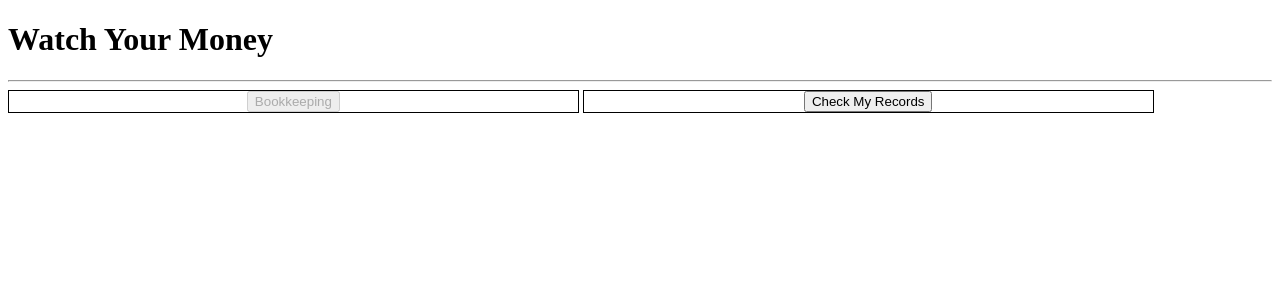
Repository: chelsea9869/Hackathon-TNT
Page: http://localhost/app/watch_your_money.php
An editor plug-in stored every save of this project. The page is shown before and after a run of saves, followed by the edit.
The browser window is 1280 px wide. The pictures show the whole page.
The page is run by PHP 8.4 with error messages shown; the project is at /var/www/html/.

Above is the page before, as saved 2020-09-05 10:58:37.

### app/watch_your_money.php
<!DOCTYPE html>
<html lang="en">
<head>
    <meta charset="UTF-8">
    <meta name="viewport" content="width=device-width, initial-scale=1.0">
    <title>Watch Your Money</title>
</head>
<body>
    <h1>Watch Your Money</h1>
    <hr>
    <div name='function' style="width:100%">
        <div id='bookkeeping' style="width:45%;text-align:center;display:inline-table;border:1px solid">
            <button disabled="disabled">Bookkeeping</button>
        </div>
        <div id='check_records' style="width:45%;display:inline-table;text-align:center;border:1px solid">
            <button>Check My Records</button>
        </div>
    </div>
</body>
</html>

After the next 3 saves:
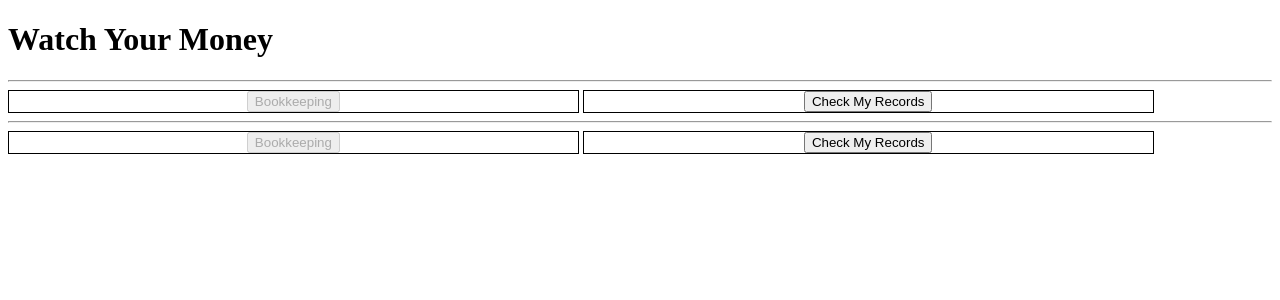
The 3 saves are shown as one change because they came seconds apart.
The last was saved 53 s later.
--- a/app/watch_your_money.php
+++ b/app/watch_your_money.php
@@ -16,5 +16,15 @@
             <button>Check My Records</button>
         </div>
     </div>
+
+    <hr>
+    <div name='function' >
+        <div id='bookkeeping' style="width:45%;text-align:center;display:inline-table;border:1px solid">
+            <button disabled="disabled">Bookkeeping</button>
+        </div>
+        <div id='check_records' style="width:45%;display:inline-table;text-align:center;border:1px solid">
+            <button>Check My Records</button>
+        </div>
+    </div>
 </body>
 </html>
